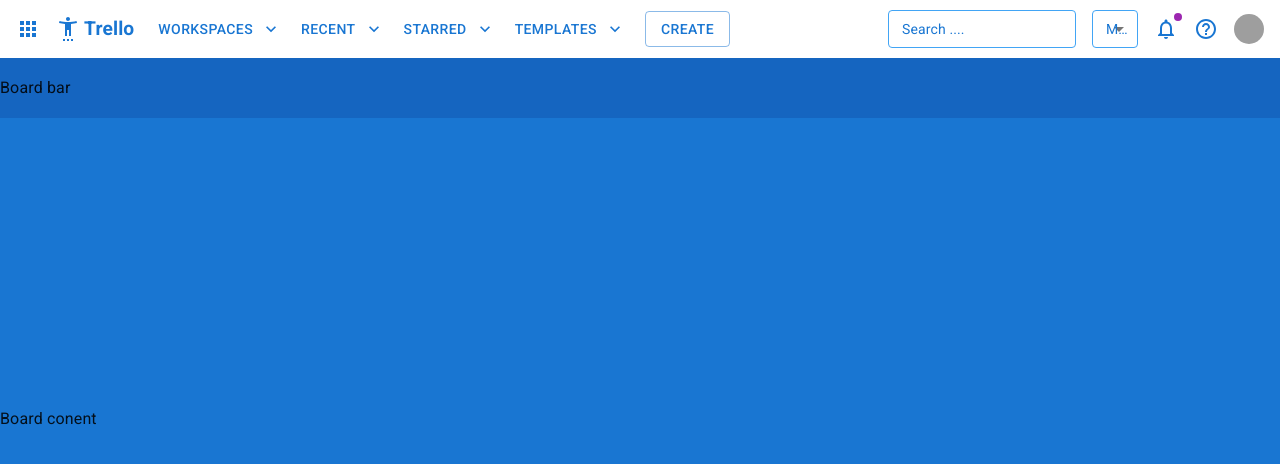
Repository: kieuduc123/trello_web
Page: /
An editor plug-in stored every save of this project. The page is shown before and after the next save, followed by the edit.
The browser window is 1280 px wide. The pictures show the whole page.
Pictures or frames that could not be fetched are drawn as grey boxes. The project was rebuilt for these pictures with package versions that can differ from the ones it lists, and the page was loaded fresh each time. Also part of the build but not shown: vite.config.js.

Above is the page before, as saved 2024-03-15 13:37:29.

After the next save:
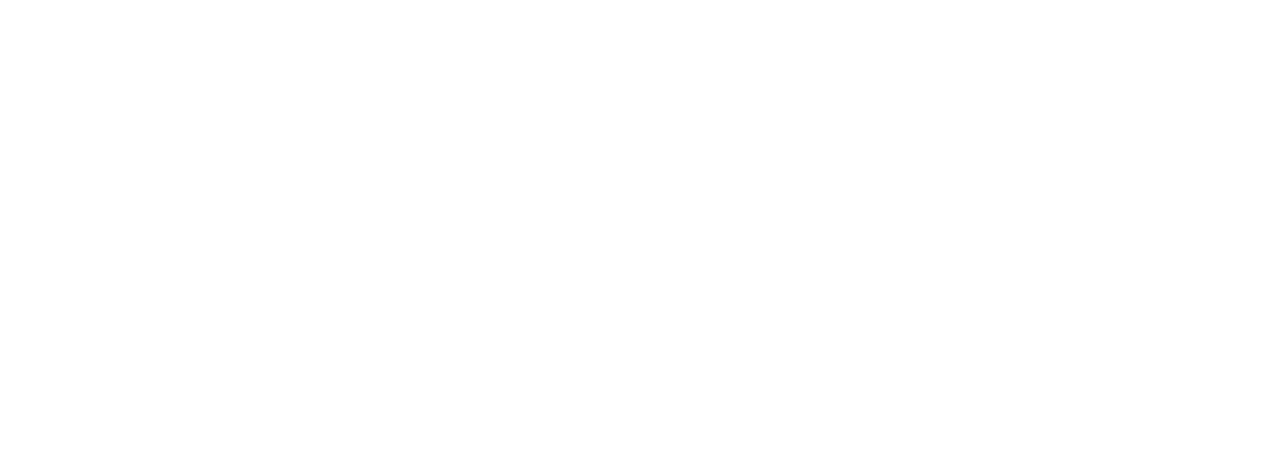
Console error: ReferenceError: white is not defined
Saved 10 s later.
--- a/src/utils/theme.js
+++ b/src/utils/theme.js
@@ -16,7 +16,7 @@
     dark: {
       palette: {
         primary: cyan,
-        secondary: orange,
+        secondary: white,
       },
     },
   },

After the 2 saves that followed:
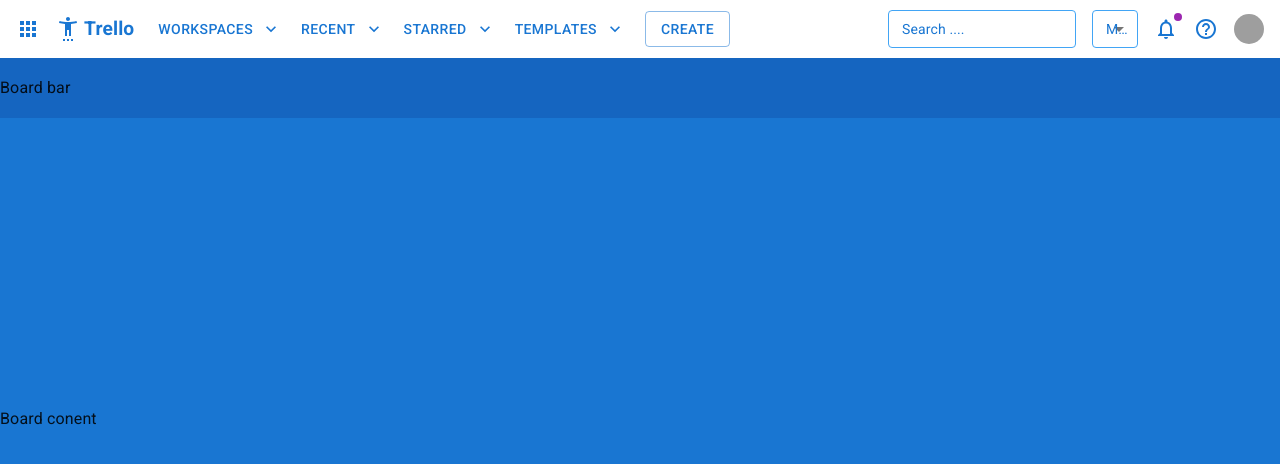
The error is gone.
The 2 saves are shown as one change because 1 left the picture as it was.
The last was saved 15 s later.
--- a/src/utils/theme.js
+++ b/src/utils/theme.js
@@ -16,7 +16,7 @@
     dark: {
       palette: {
         primary: cyan,
-        secondary: white,
+        secondary: orange,
       },
     },
   },
